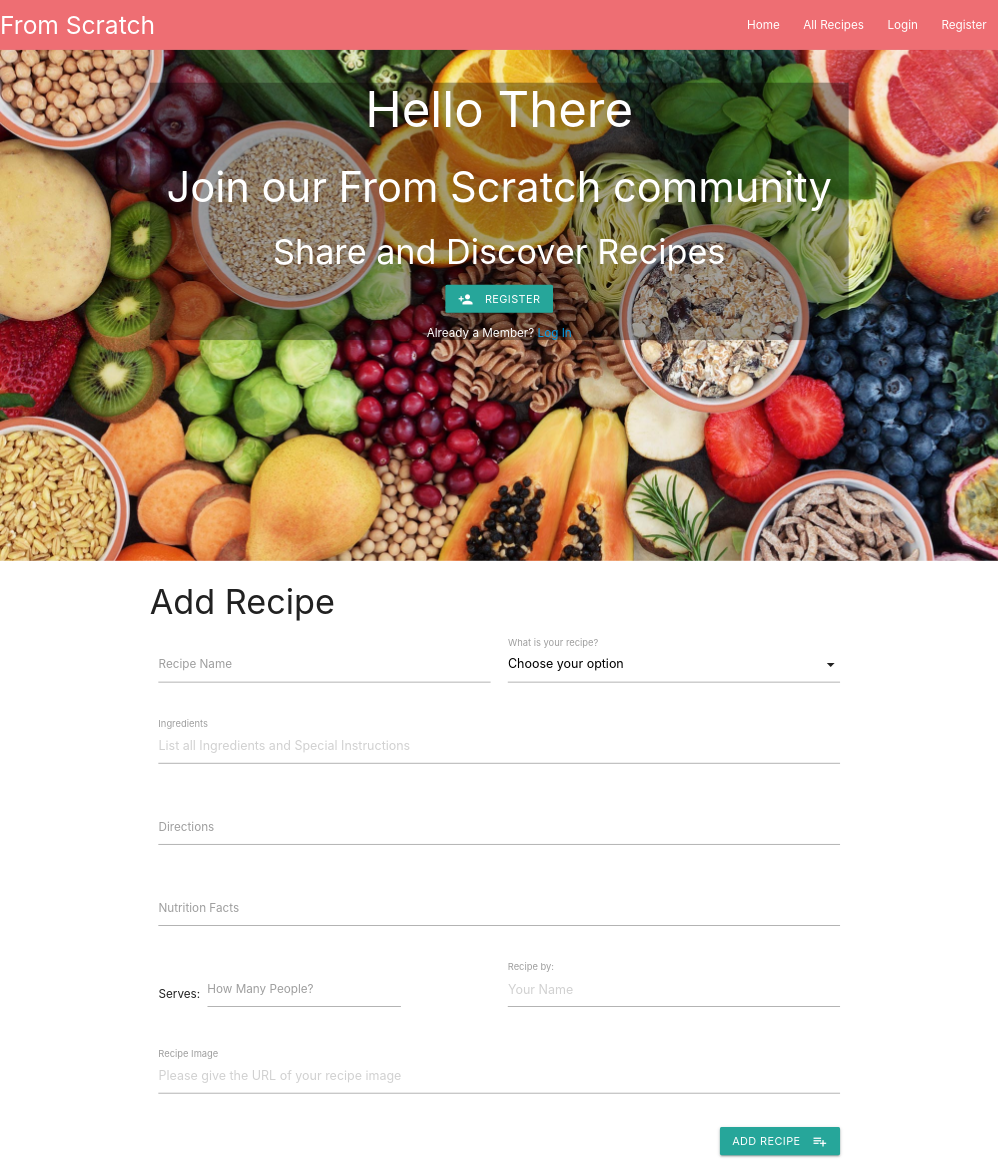
Repository: callendera/MilestoneProject3
Page: http://localhost/
The author's editor kept a record of every edit. The page is drawn from the files as they stood at one moment, then again after the next edit.
The browser window is 1280 px wide. The pictures show the whole page, at 78% of full size.
Backgrounds fixed to the window are drawn as part of the page. The page is served by the project's application, run on Flask 3 (recipe.py). Queries for data that is not in the repository find no rows.

Above is the page before.

After the next edit:
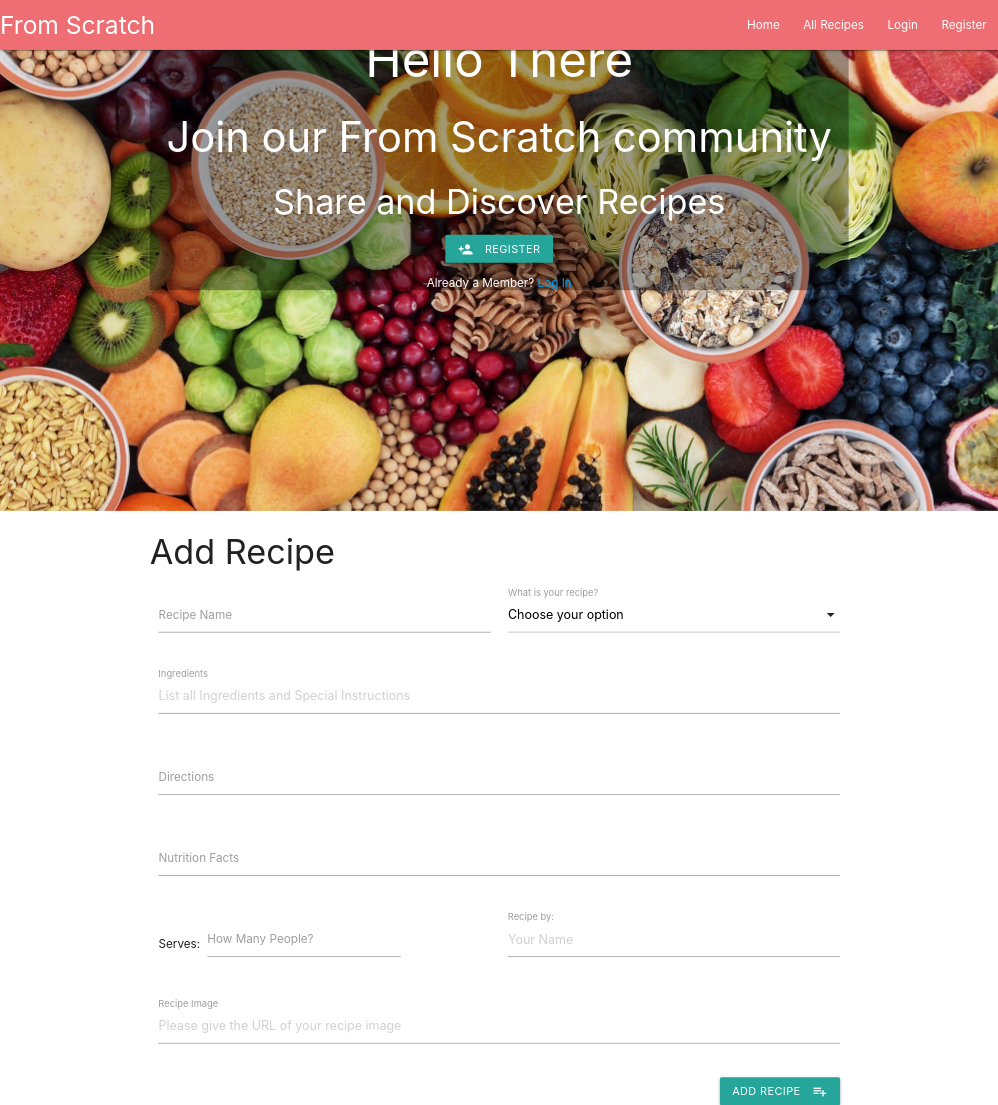
The edit:
--- a/templates/base.html
+++ b/templates/base.html
@@ -11,6 +11,7 @@
 </head>
 
 <body>
+    <div class="navbar-fixed">
     <nav>
         <div class="nav-wrapper">
             <a href="index.html" class="brand-logo">From Scratch</a>

After the edit that followed:
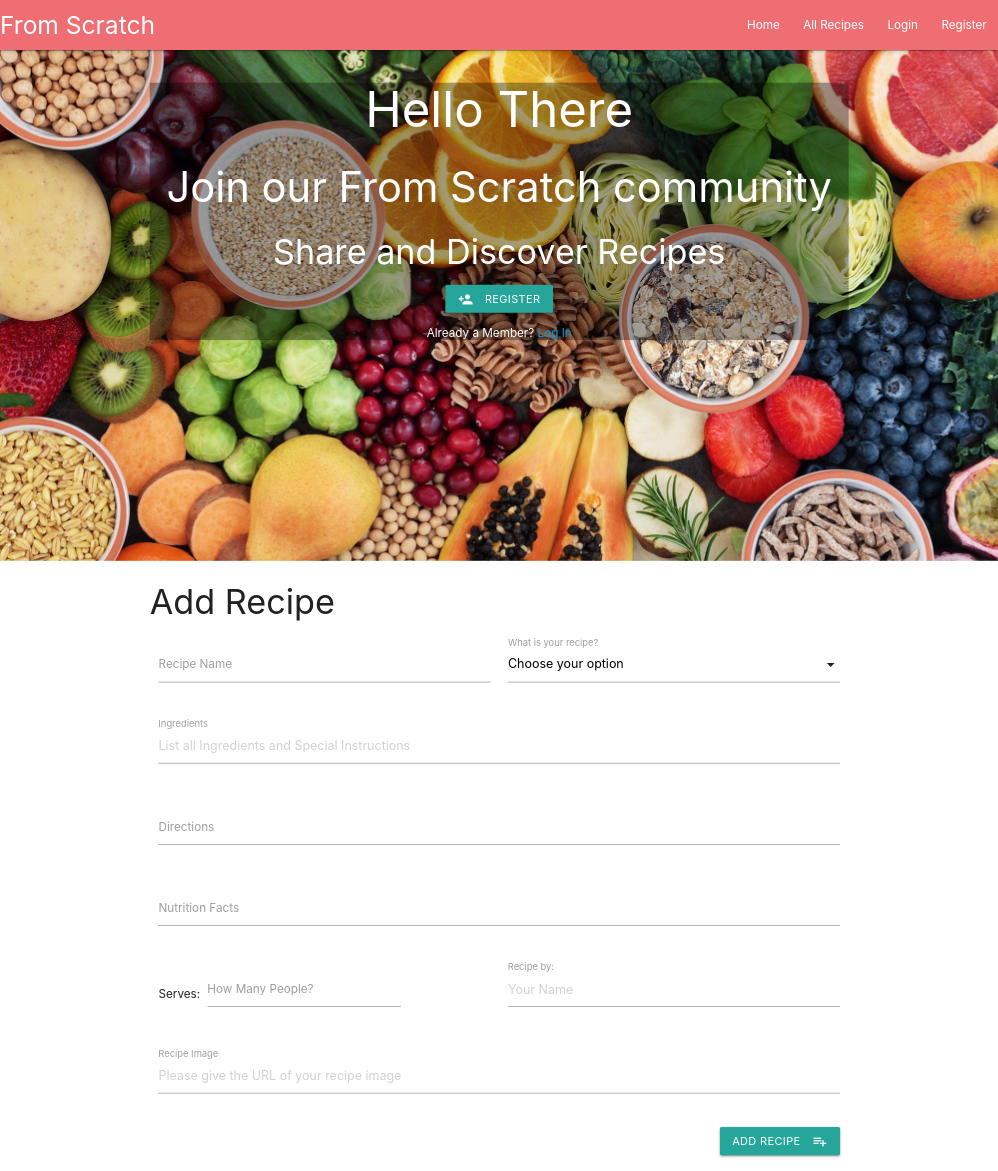
The edit:
--- a/templates/base.html
+++ b/templates/base.html
@@ -12,21 +12,22 @@
 
 <body>
     <div class="navbar-fixed">
-    <nav>
-        <div class="nav-wrapper">
-            <a href="index.html" class="brand-logo">From Scratch</a>
-            <a href="#" data-target="mobile-nav" class="sidenav-trigger"><i class="material-icons">menu</i></a>
-            <ul class="right hide-on-med-and-down">
-                <li><a href="index.html">Home</a></li>
-                <li><a href="#all-recipes">All Recipes</a></li>
-                <li><a href="collapsible.html">Login</a></li>
-                <li><a href="mobile.html">Register</a></li>
-            </ul>
-        </div>
-    </nav>
+        <nav>
+            <div class="nav-wrapper">
+                <a href="index.html" class="brand-logo">From Scratch</a>
+                <a href="#" data-target="mobile-nav" class="sidenav-trigger"><i class="material-icons">menu</i></a>
+                <ul class="right hide-on-med-and-down">
+                    <li><a href="index.html">Home</a></li>
+                    <li><a href="#all-recipes">All Recipes</a></li>
+                    <li><a href="collapsible.html">Login</a></li>
+                    <li><a href="mobile.html">Register</a></li>
+                </ul>
+            </div>
+        </nav>
+    </div>
 
     <ul class="sidenav" id="mobile-nav">
-        <li><a href="sass.html">Home</a></li>
+        <li><a href="../index.html">Home</a></li>
         <li><a href="badges.html">All Recipes</a></li>
         <li><a href="collapsible.html">Login</a></li>
         <li><a href="mobile.html">Register</a></li>
